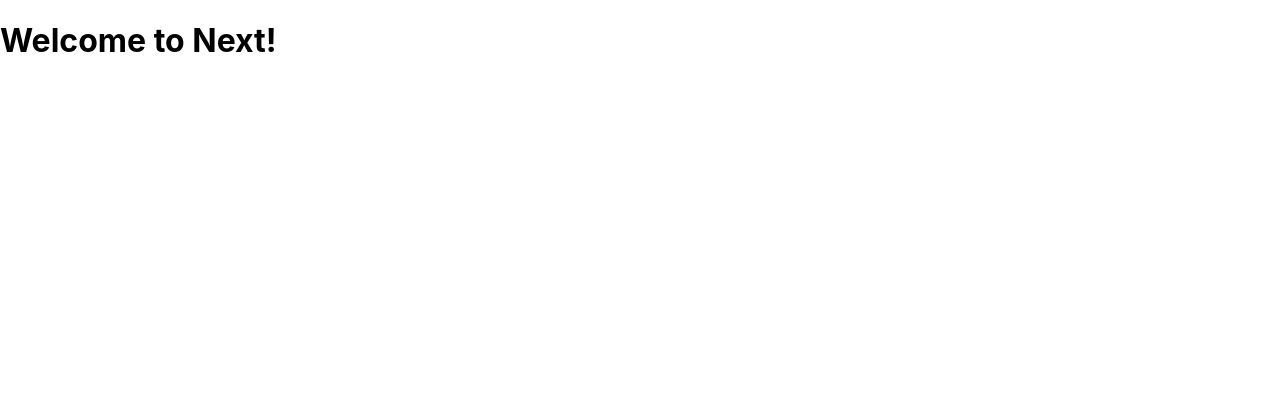
Repository: jasmina94/first-next-app
Page: /
The author's editor kept a copy of each file at every save. The page is drawn from the files as they stood at one save, then again after a run of saves.
The browser window is 1280 px wide. The pictures show the whole page.
The project was rebuilt for these pictures with package versions that can differ from the ones it lists, and the page was loaded fresh each time. The framework's server and built-in components were replaced by stand-ins that run in the browser. Also part of the build but not shown: next.config.js, styles/Home.module.css.

Above is the page before, as saved 2021-07-23 16:19:28.

### pages/_app.js
import '../styles/globals.css'

//Wrapper about all Page components
function MyApp({ Component, pageProps }) {
  return <Component {...pageProps} />
}

export default MyApp

### pages/index.js
import Head from 'next/head'
import Image from 'next/image'
import styles from '../styles/Home.module.css'

export default function Home() {
  return (
    <div>
      <Head>
        <title>WebDev Newz</title>
        <meta name='keywords'/>
      </Head>
      <h1>Welcome to Next!</h1>
    </div>
  )
}

### components/Layout.js
import styles from '../styles/Layout.module.css'

const Layout = ({ children }) => {
    return (
        <div className={styles.container}>
            <main className={styles.main}>

            </main>
        </div>
    )
}

### styles/Layout.module.css
.container {
  min-height: 100vh;
  padding: 0 0.5rem;
  display: flex;
  flex-direction: column;
  justify-content: center;
  align-items: center;
  height: 100vh;
}

.main {
  padding: 5rem 0;
  flex: 1;
  display: flex;
  flex-direction: column;
  justify-content: center;
  align-items: center;
}

.footer {
  width: 100%;
  height: 100px;
  border-top: 1px solid #eaeaea;
  display: flex;
  justify-content: center;
  align-items: center;
}

.footer a {
  display: flex;
  justify-content: center;
  align-items: center;
  flex-grow: 1;
}

.title a {
  color: #0070f3;
  text-decoration: none;
}

.title a:hover,
.title a:focus,
.title a:active {
  text-decoration: underline;
}

.title {
  margin: 0;
  line-height: 1.15;
  font-size: 4rem;
}

.title,
.description {
  text-align: center;
}

.description {
  line-height: 1.5;
  font-size: 1.5rem;
}

.code {
  background: #fafafa;
  border-radius: 5px;
  padding: 0.75rem;
  font-size: 1.1rem;
  font-family: Menlo, Monaco, Lucida Console, Liberation Mono, DejaVu Sans Mono,
    Bitstream Vera Sans Mono, Courier New, monospace;
}

.grid {
  display: flex;
  align-items: center;
  justify-content: center;
  flex-wrap: wrap;
  max-width: 800px;
  margin-top: 3rem;
}

.card {
  margin: 1rem;
  padding: 1.5rem;
  text-align: left;
  color: inherit;
  text-decoration: none;
  border: 1px solid #eaeaea;
  border-radius: 10px;
  transition: color 0.15s ease, border-color 0.15s ease;
  width: 45%;
}

.card:hover,
.card:focus,
.card:active {
  color: #0070f3;
  border-color: #0070f3;
}

.card h2 {
  margin: 0 0 1rem 0;
  font-size: 1.5rem;
}

.card p {
  margin: 0;
  font-size: 1.25rem;
  line-height: 1.5;
}

.logo {
  height: 1em;
  margin-left: 0.5rem;
}

@media (max-width: 600px) {
  .grid {
    width: 100%;
    flex-direction: column;
  }
}

Loaded but not shown: styles/globals.css (common file)

After the next 7 saves:
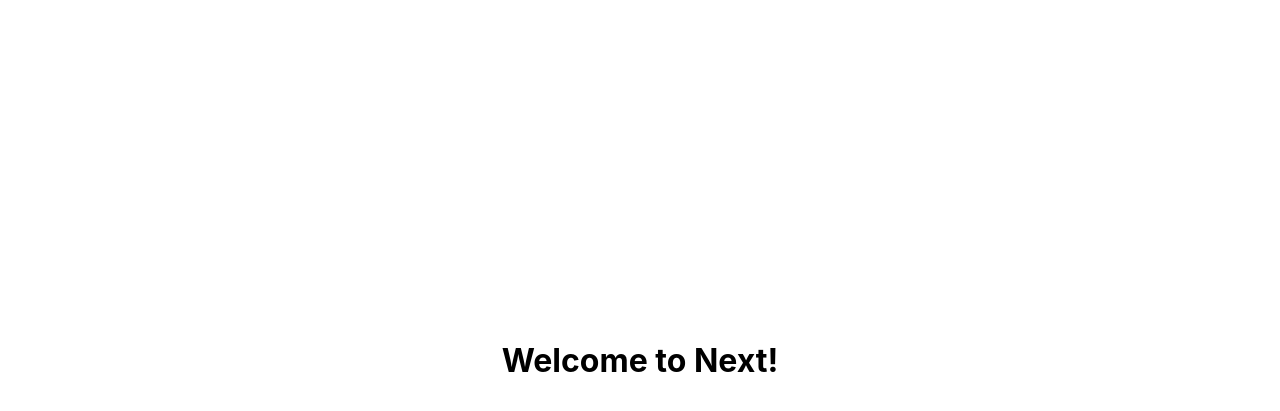
The 7 saves are shown as one change because 5 did not build or start and some came seconds apart.
The last was saved 2 min 16 s later.
--- a/pages/_app.js
+++ b/pages/_app.js
@@ -1,8 +1,13 @@
+import Layout from '../components/Layout';
 import '../styles/globals.css'
 
 //Wrapper about all Page components
 function MyApp({ Component, pageProps }) {
-  return <Component {...pageProps} />
+  return (
+    <Layout>
+      <Component {...pageProps} />
+    </Layout>
+  )
 }
 
 export default MyApp
--- a/pages/index.js
+++ b/pages/index.js
@@ -1,6 +1,5 @@
 import Head from 'next/head'
 import Image from 'next/image'
-import styles from '../styles/Home.module.css'
 
 export default function Home() {
   return (
--- a/components/Layout.js
+++ b/components/Layout.js
@@ -4,8 +4,10 @@
     return (
         <div className={styles.container}>
             <main className={styles.main}>
-
+                {children}
             </main>
         </div>
     )
 }
+
+export default Layout;
